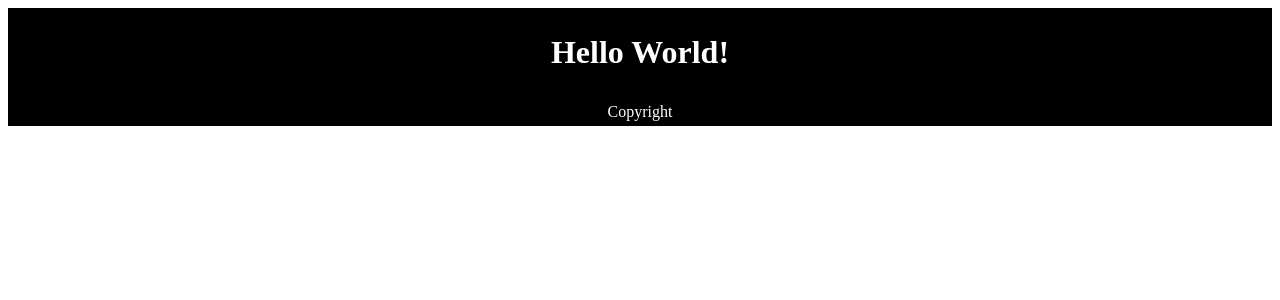
Repository: waramsey/ToDoRamsey
Page: TechExRamsey/ToDoList/WebContent/helloWorld.html
These files come from the project's save history. The page is drawn as it stood at one moment and after the next save; the edit follows.
The browser window is 1280 px wide. The pictures show the whole page.

Above is the page before, as saved 2019-09-29 20:35:34.

### TechExRamsey/ToDoList/WebContent/helloWorld.html
<html>
<head>
<style>
header {
    background-color:black;
    color:white;
    text-align:center;
    padding:5px;
}
nav {
    line-height:30px;
    background-color:#eeeeee;
    height:300px;
    width:100px;
    float:left;
    padding:5px;
}
section {
    width:350px;
    float:left;
    padding:10px;
}
footer {
    background-color:black;
    color:white;
    clear:both;
    text-align:center;
    padding:5px;
}
</style>
</head>

<body>
<header>
<h1> Hello World! </h1>
</header>
<footer>
Copyright
</footer>
</body>
</html>

After the next save:
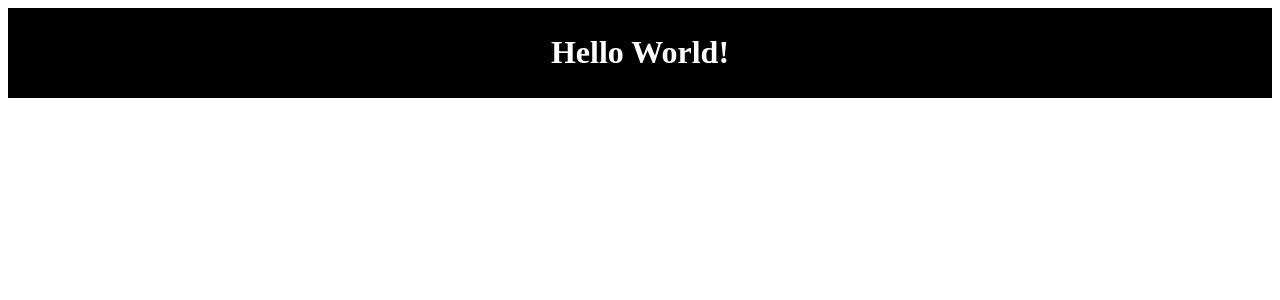
Saved 23 s later.
--- a/TechExRamsey/ToDoList/WebContent/helloWorld.html
+++ b/TechExRamsey/ToDoList/WebContent/helloWorld.html
@@ -34,8 +34,5 @@ footer {
 <header>
 <h1> Hello World! </h1>
 </header>
-<footer>
-Copyright
-</footer>
 </body>
 </html>
